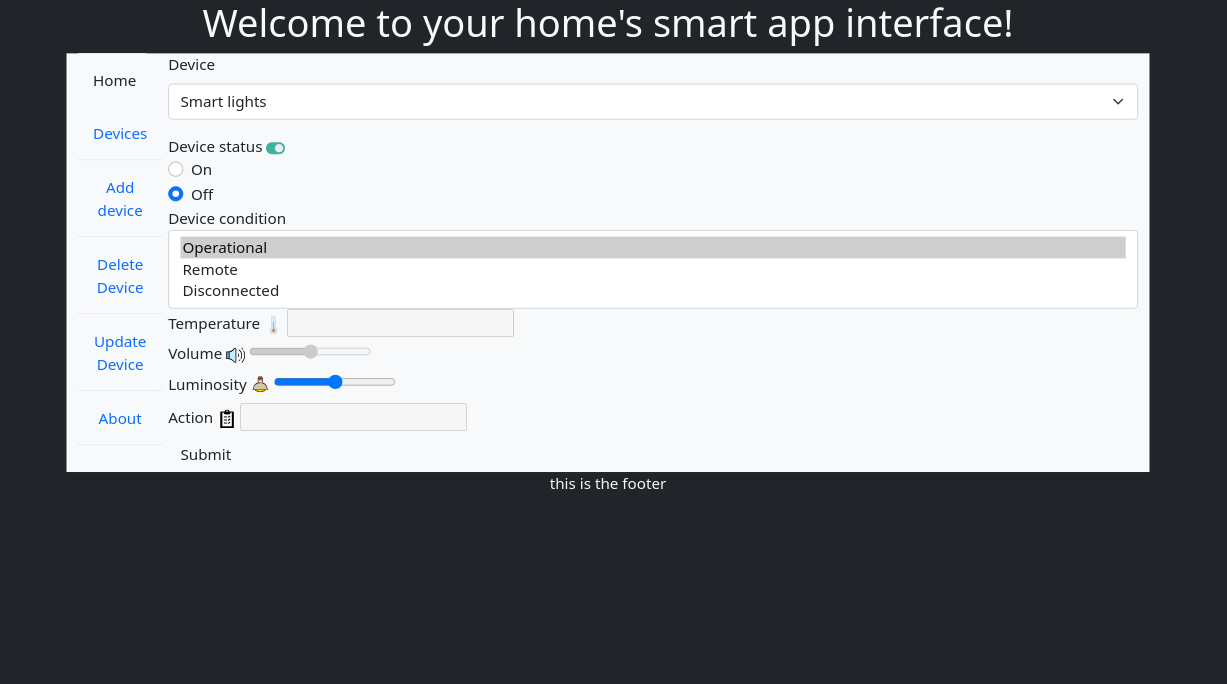
Repository: St-34-lth/stoopid_home
Page: http://localhost/addDevice
The author's editor kept a copy of each file at every save. The page is drawn from the files as they stood at one save, then again after the next save.
The browser window is 1280 px wide. The page is 1292 px wide, so the pictures cover 1292 px, including what lies to the right of the window. The pictures show the whole page, at 95% of full size.
The page is served by the project's Node server (index.js).

Above is the page before, as saved 2022-01-16 12:24:44.

After the next save:
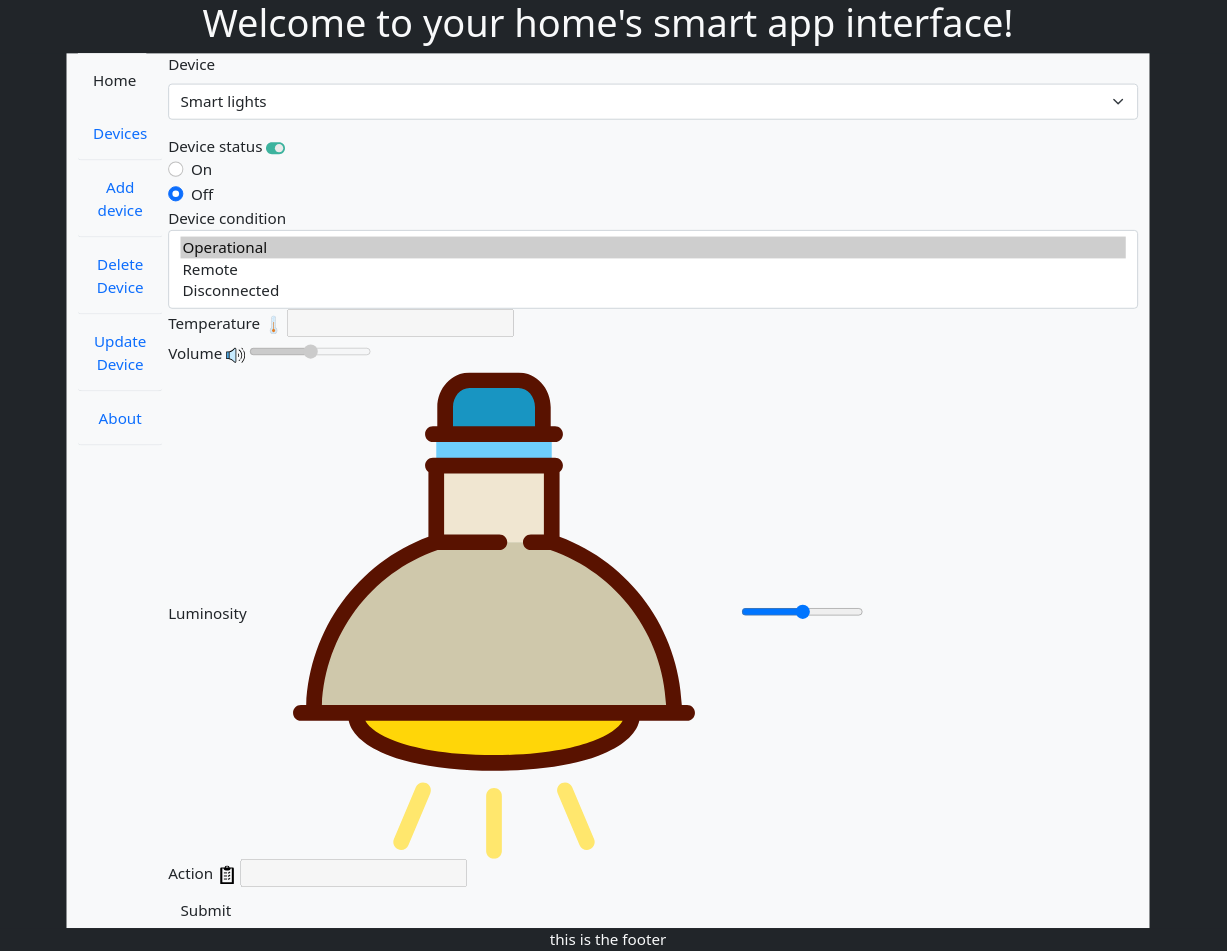
Saved 23 s later.
--- a/views/templates/add.ejs
+++ b/views/templates/add.ejs
@@ -79,7 +79,7 @@
           <div id="luminosityContainer">
 
                     <label class='form-label text-dark' for='luminosity'>Luminosity</label>
-                    <img id='luminosityImage' class='optSVG' type='svg' src="">
+                    <img id='luminosityImage' class='optSV' type='svg' src="">
                     <input onchange="updateLuminosityEventListener(this)" class='property' disabled id="deviceLuminosity" type="range"
                               min="0" max="100" step="1" defaultValue="null" value="" name="luminosity">
                     <span id="luminosityValueContainer"></span>

After the save that followed:
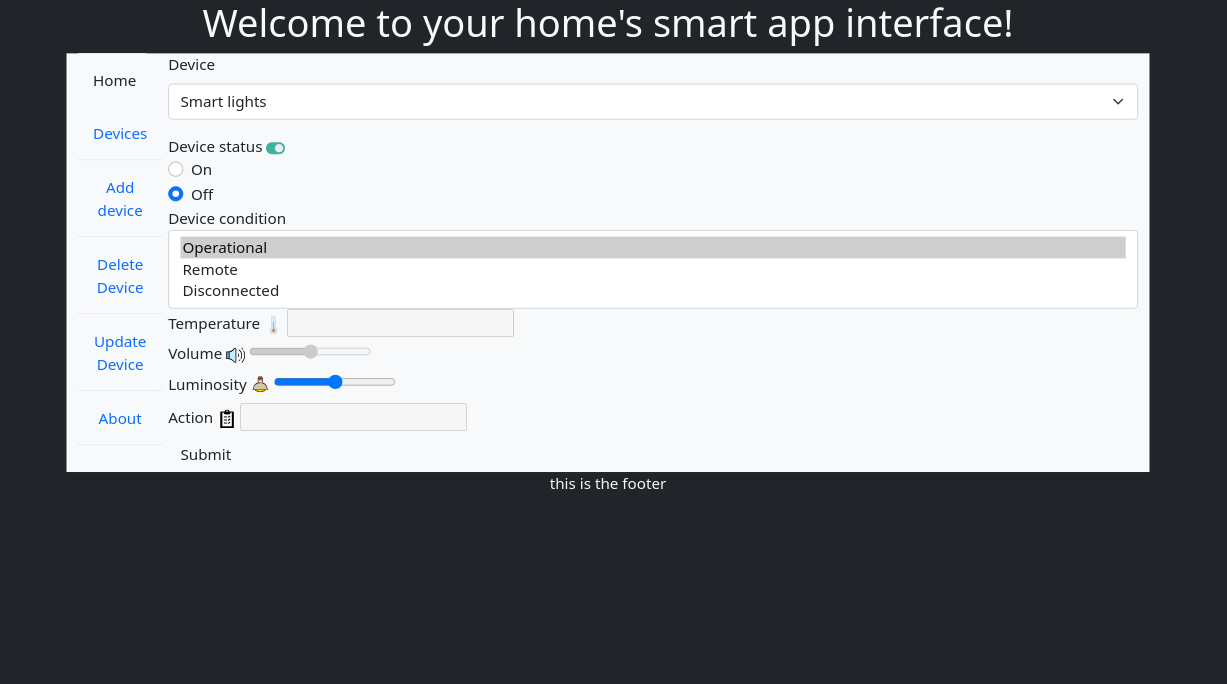
Saved 5 s later.
--- a/views/templates/add.ejs
+++ b/views/templates/add.ejs
@@ -79,7 +79,7 @@
           <div id="luminosityContainer">
 
                     <label class='form-label text-dark' for='luminosity'>Luminosity</label>
-                    <img id='luminosityImage' class='optSV' type='svg' src="">
+                    <img id='luminosityImage' class='optSVG' type='svg' src="">
                     <input onchange="updateLuminosityEventListener(this)" class='property' disabled id="deviceLuminosity" type="range"
                               min="0" max="100" step="1" defaultValue="null" value="" name="luminosity">
                     <span id="luminosityValueContainer"></span>
